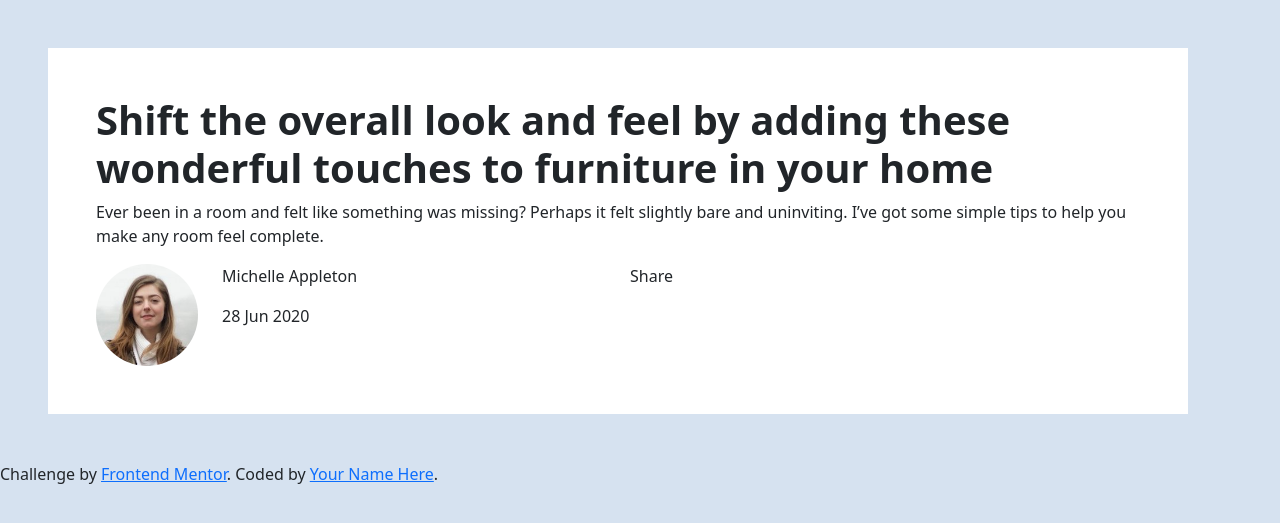
Repository: blordeus/article-preview-component
Page: index.html
An editor plug-in stored every save of this project. The page is shown before and after the next save, followed by the edit.
The browser window is 1280 px wide. The pictures show the whole page.

Above is the page before, as saved 2024-05-17 10:36:52.

### index.html
<!DOCTYPE html>
<html lang="en">
<head>
  <meta charset="UTF-8">
  <meta name="viewport" content="width=device-width, initial-scale=1.0"> <!-- displays site properly based on user's device -->

  <link rel="icon" type="image/png" sizes="32x32" href="./images/favicon-32x32.png">
  <link href="https://cdn.jsdelivr.net/npm/bootstrap@5.3.3/dist/css/bootstrap.min.css" rel="stylesheet" integrity="sha384-QWTKZyjpPEjISv5WaRU9OFeRpok6YctnYmDr5pNlyT2bRjXh0JMhjY6hW+ALEwIH" crossorigin="anonymous">
  <script src defer="https://cdn.jsdelivr.net/npm/bootstrap@5.3.3/dist/js/bootstrap.bundle.min.js" integrity="sha384-YvpcrYf0tY3lHB60NNkmXc5s9fDVZLESaAA55NDzOxhy9GkcIdslK1eN7N6jIeHz" crossorigin="anonymous"></script>
  <link rel="stylesheet" href="style.css">
  <title>Frontend Mentor | Article preview component</title>

</head>
<body>

  <main class="bg-color m-5 p-5 container">

    <section>
      <h1 class="text-color fw-bold">Shift the overall look and feel by adding these wonderful touches to furniture in your home</h1>

      <p>
        Ever been in a room and felt like something was missing? Perhaps
        it felt slightly bare and uninviting. I’ve got some simple tips
        to help you make any room feel complete.
      </p>
      <div class="row">
        <div class="col d-flex">
          <img id="avatar" src="./images/avatar-michelle.jpg" alt="michelle">
            <div class="ms-4">
              <p>Michelle Appleton</p>
              <p>28 Jun 2020</p>
            </div>
          </div>
          <div class="col">Share</div>
        </div>
      </div>
    </section>

  </main>
  <div class="attribution">
    Challenge by <a href="https://www.frontendmentor.io?ref=challenge" target="_blank">Frontend Mentor</a>.
    Coded by <a href="#">Your Name Here</a>.
  </div>
</body>
</html>

### style.css
/* root */
:root {
    --white: hsl(0, 0%, 100%);
    --light-gray: hsl(212, 45%, 89%);
    --grayish-blue: hsl(220, 15%, 55%);
    --dark-blue: hsl(218, 44%, 22%);
}

body {
    background-color: var(--light-gray);
}

main {
    background-color: var(--white);
}

#avatar {
    /* make round */
    border-radius: 50%;
    /* make image smaller */
    width: 20%;
}

After the next save:
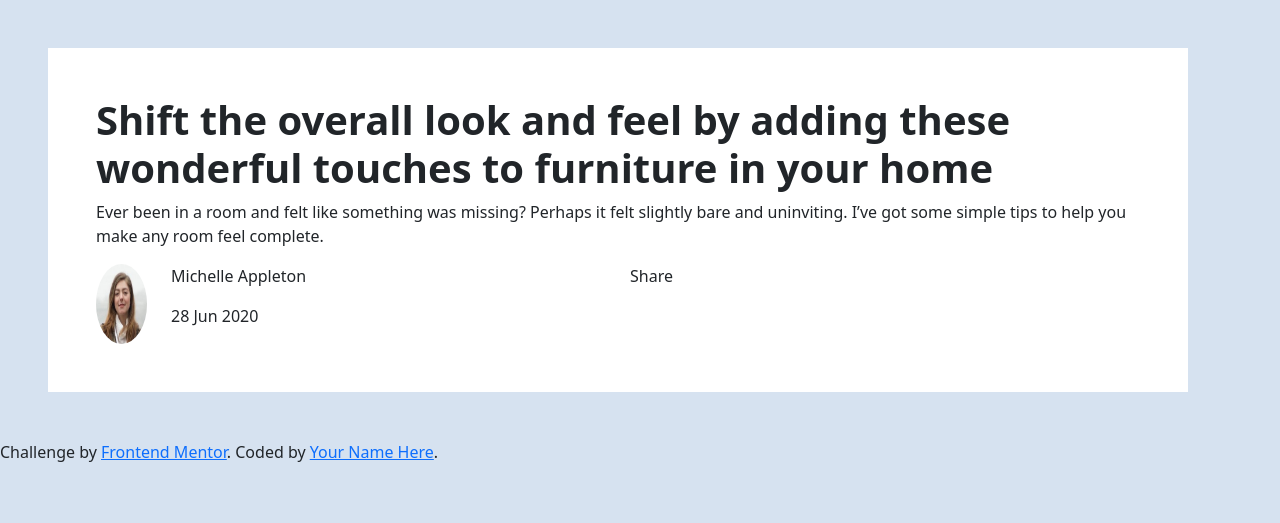
Saved 9 s later.
--- a/style.css
+++ b/style.css
@@ -18,5 +18,5 @@
     /* make round */
     border-radius: 50%;
     /* make image smaller */
-    width: 20%;
+    width: 10%;
 }

After the save that followed:
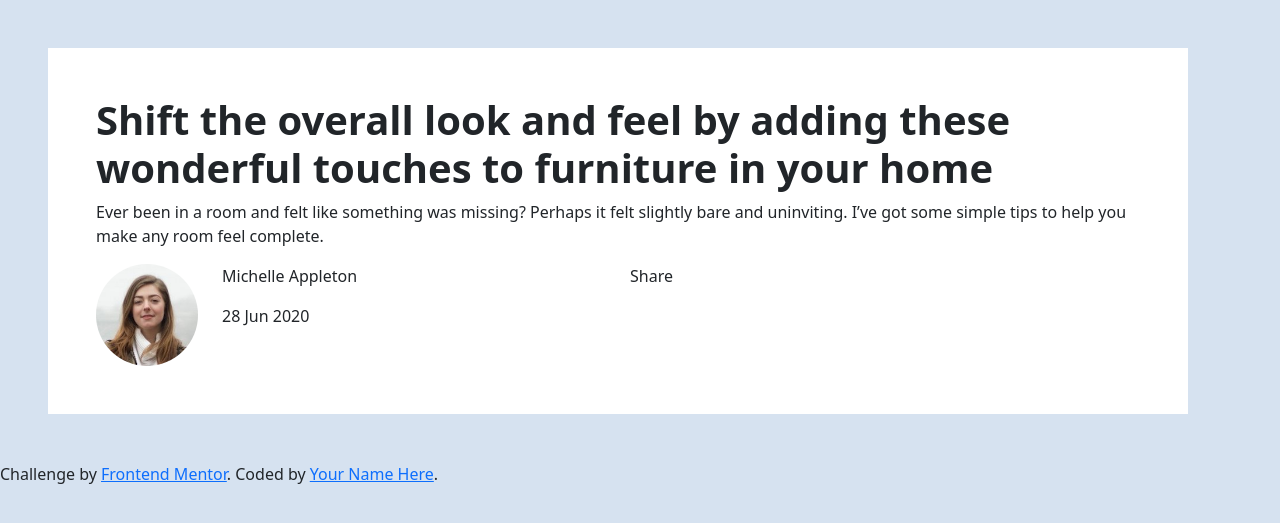
Saved 4 s later.
--- a/style.css
+++ b/style.css
@@ -18,5 +18,5 @@
     /* make round */
     border-radius: 50%;
     /* make image smaller */
-    width: 10%;
+    width: 20%;
 }
